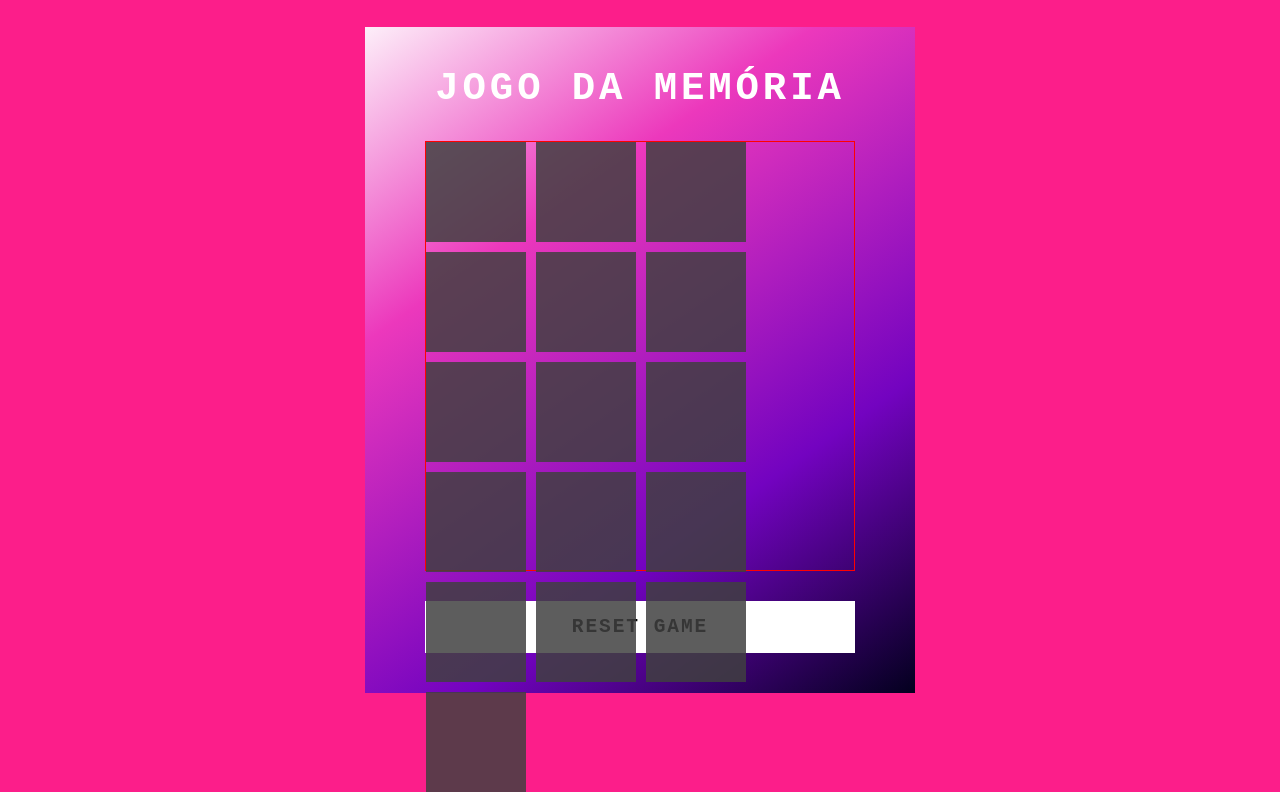
Repository: Zoemateus324/memory-game
Page: index.html
These files come from the project's save history. The page is drawn as it stood at one moment and after the next save; the edit follows.
The browser window is 1280 px wide. The pictures show the whole page.

Above is the page before, as saved 2024-11-27 09:10:11.

### index.html
<!DOCTYPE html>
<html lang="pt-br">

<head>
    <meta charset="UTF-8">
    <meta name="viewport" content="width=device-width, initial-scale=1.0">
    <title>Memory Game</title>
    <link rel="stylesheet" href="./src/styles/reset.css">
    <link rel="stylesheet" href="./src/styles/main.css">
</head>

<body>
    <div class="container">
        <h2>Jogo da Memória</h2>
        <div class="game">
        </div>
        <button class="reset" onclick="window.location.reload()">RESET GAME</button>
    </div>



    <script src="./src/scripts/engine.js" defer></script>
</body>

</html>

### src/styles/reset.css
*{
    margin:0;
    padding:0;
    outline:none;
    box-sizing:border-box;
    font-family:monospace;
}

### src/styles/main.css
body{
    display:flex;
    justify-content:center;
    align-items:center;
    min-height:100vh;
    background:#fc1e8a;

}


.container{
    position:relative;
    display:flex;
    flex-direction:column;
    justify-content:center;
    align-items:center;
    gap:30px;
    background:linear-gradient(
        325deg,
        #03001e 0%,
        #7303c0 30%,
        #ec38bc 70%,
        #fdeff9 100%
    );
    padding:40px 60px;
}


h2{
    font-size:3em;
    color: #fff;
    text-transform:uppercase;
    letter-spacing:0.1em;
}


.reset{
    padding:15px 20px;
    width:100%;
    color:#000;
    background-color:#fff;
    border:none;
    font-size:1.5em;
    letter-spacing:0.1em;
    text-transform:uppercase;
    cursor:pointer;
    font-weight:600;

}

.reset:focus{
    color:#ec38bc;
    background-color:#262809;
}


.game{
    width:430px;
    height:430px;
    border:1px solid red;
    display:flex;
    flex-wrap:wrap;
    gap:10px;
    transform-style:preserve-3d;
    perspective:500px;
}


.item{
    position:relative;
    width:100px;
    height:100px;
    opacity:85%;
    display:flex;
    align-items:center;
    justify-content:center;
    background-color:#fff;


    font-size:3em;
    transform:rotateY(180deg);
    transition:0.25s;
}

.item::after{
    content:"";
    position:absolute;
    inset:0;
    background:#404040;
    transition:0.25s;
    transform:rotateY(0deg);
    backface-visibility:hidden;
}

.item.boxOpen{
    transform:rotateY(0deg);
}

.boxOpen::after{
    transform:rotateY(180deg);
}
.boxMatch::after{
    transform:rotateY(180deg);
}

### src/scripts/engine.js
const emojis = [
    "😁",
    "😁",
    "😢",
    "😢",
    "😤",
    "😤",
    "🤡",
    "🤡",
    "👹",
    "👹",
    "🐵",
    "🐵",
    "🦄",
    "🦄",
    "🦁",
    "🦁"
];
let openCards = [];



let shuffleEmojis = emojis.sort(() => (Math.random() > 0.5 ? 2 : -1));



for (let i = 0; i < emojis.length; i++) {
    let box = document.createElement("div");
    box.className = "item";
    box.innerHTML = shuffleEmojis[i];
    box.onclick = handleClick;
    document.querySelector(".game").appendChild(box);
}


function handleClick() {
    if (openCards.length < 2) {
        this.classList.add("boxOpen");
        openCards.push(this);
    }

    if (openCards.length == 2) {
        setTimeout(checkMatch, 500);
    }
}

function checkMatch() {

    if (openCards[0].innerHTML === openCards[1].innerHTML) {
        openCards[0].classList.add("boxMatch");
        openCards[1].classList.add("boxMatch");
    }
}

After the next save:
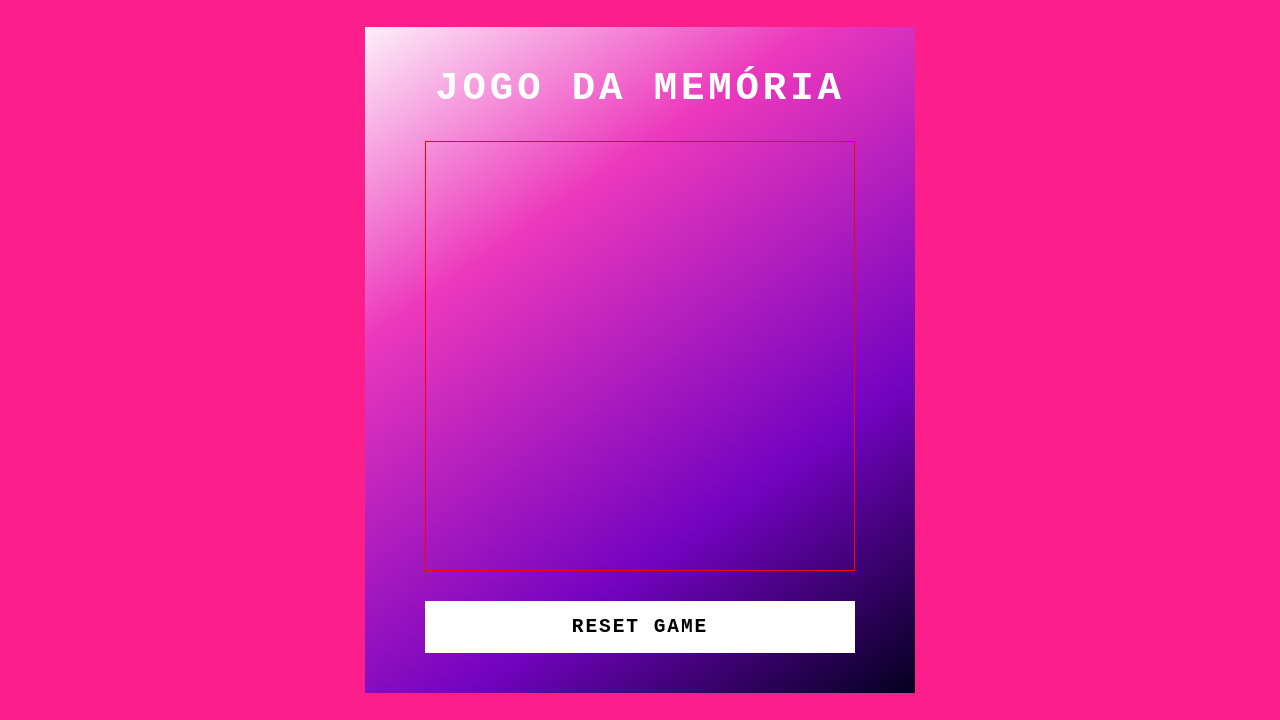
Console error: SyntaxError: Unexpected token ']'
Saved 35 s later.
--- a/src/scripts/engine.js
+++ b/src/scripts/engine.js
@@ -49,5 +49,7 @@
     if (openCards[0].innerHTML === openCards[1].innerHTML) {
         openCards[0].classList.add("boxMatch");
         openCards[1].classList.add("boxMatch");
-    }
+    } else {
+        openCards[0].classList.remove]
 }
+}

After the save that followed:
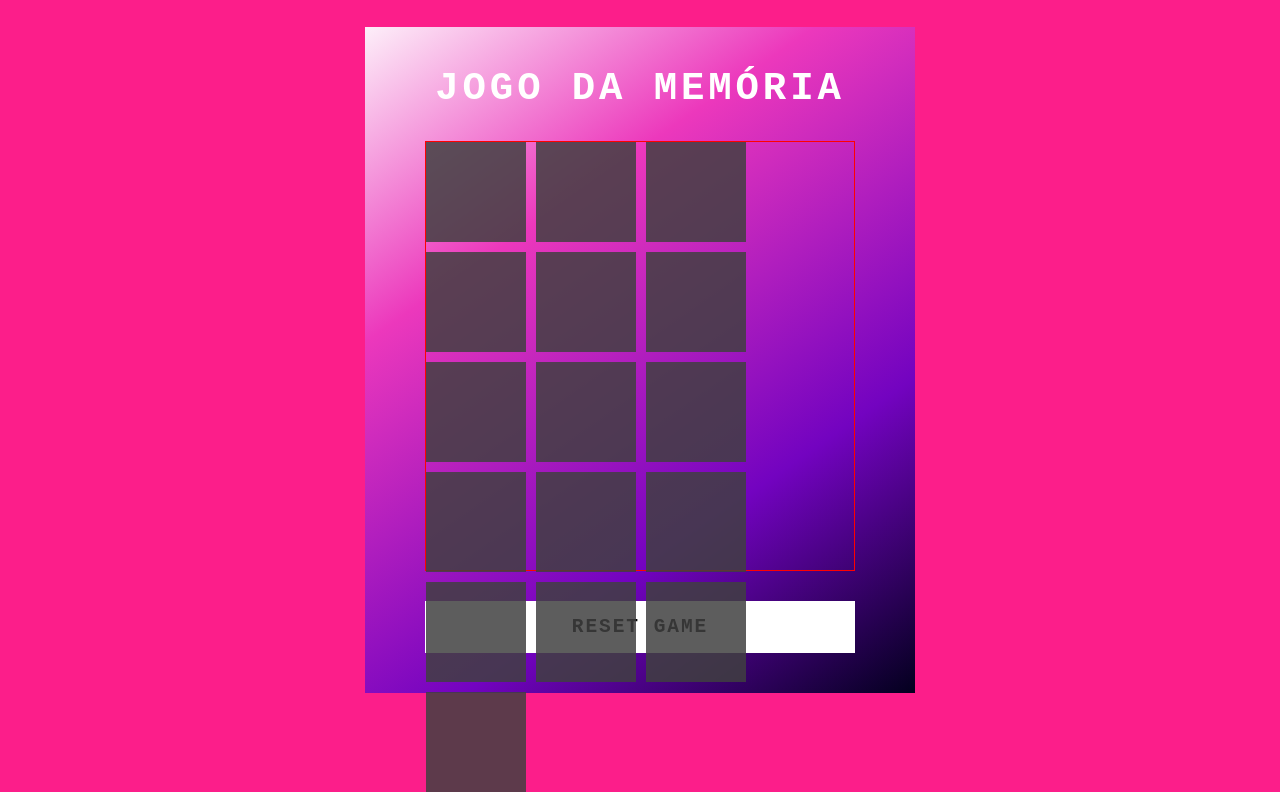
The error is gone.
Saved 20 s later.
--- a/src/scripts/engine.js
+++ b/src/scripts/engine.js
@@ -50,6 +50,7 @@
         openCards[0].classList.add("boxMatch");
         openCards[1].classList.add("boxMatch");
     } else {
-        openCards[0].classList.remove]
+        openCards[0].classList.remove("boxOpen");
+        openCards[1].classList.remove("boxOpen");
+    }
 }
-}
